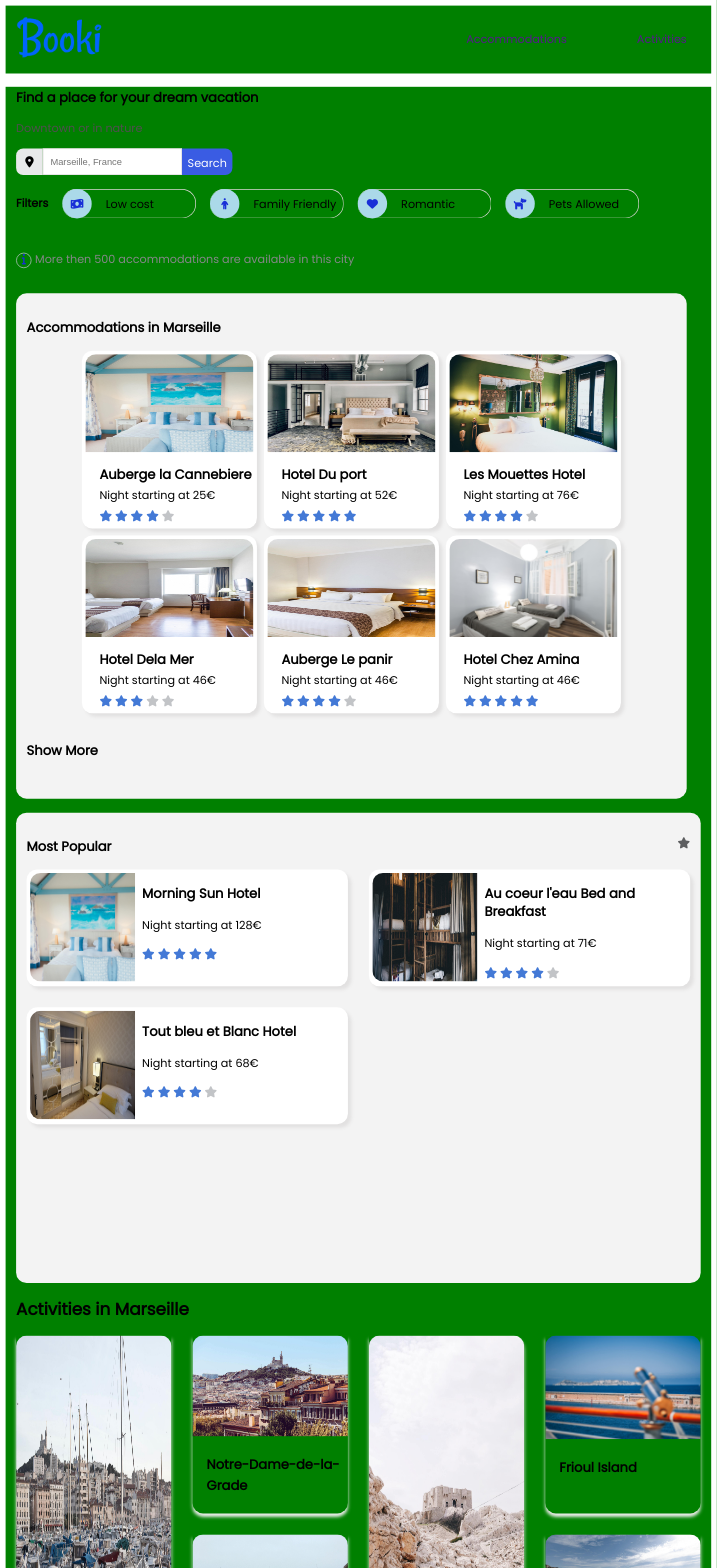
Repository: ailahin/booki
Page: index.html
An editor plug-in stored every save of this project. The page is shown before and after the next save, followed by the edit.
The browser window is 1024 px wide. The pictures show the part of the page from y = 0 to 2240 px (the page is 2764 px tall before and 3028 px after), at 70% of full size.
Some web fonts or font styles are not loaded; a fallback is used. Some web libraries are served in a nearby version.

Above is the page before, as saved 2023-07-19 04:35:20.

After the next save:
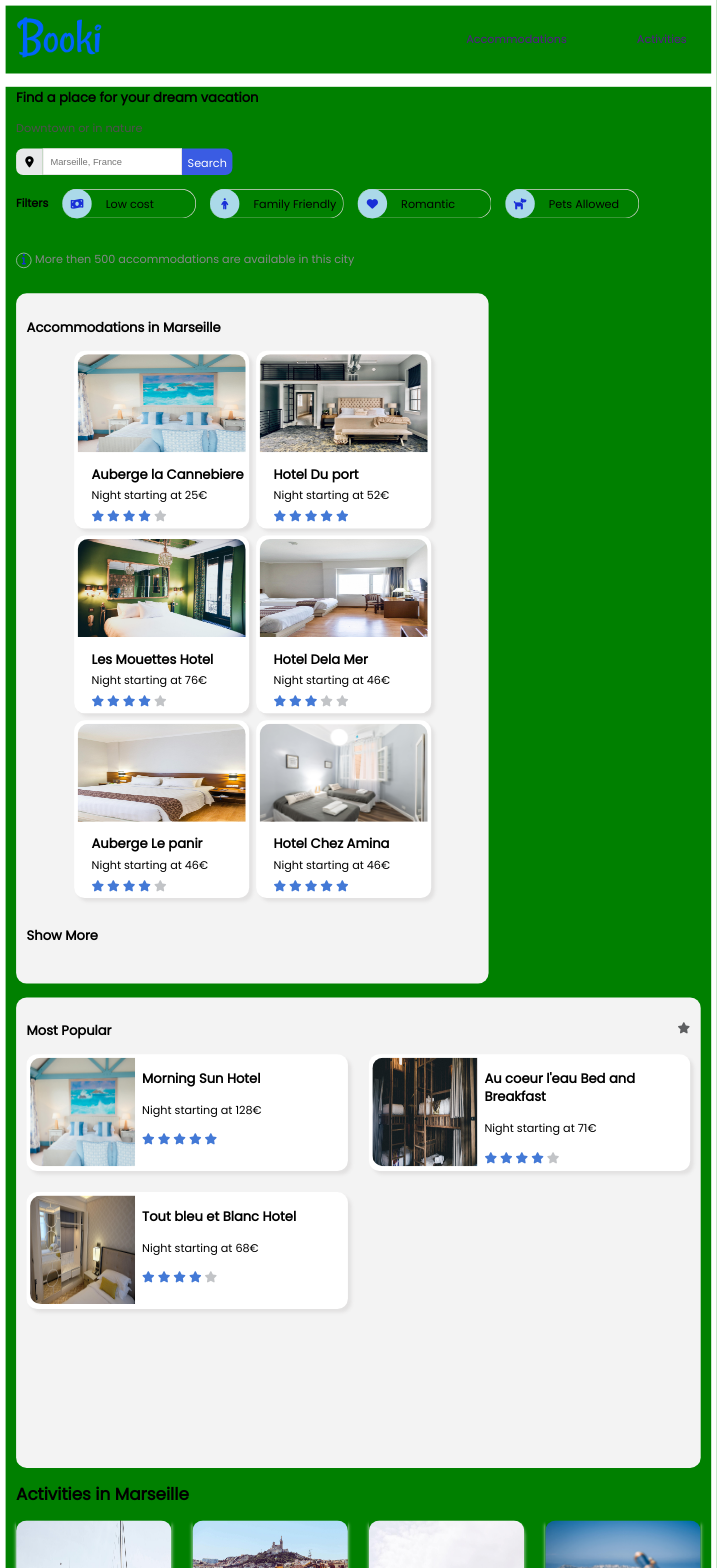
Saved 2 min 44 s later.
--- a/css/index.css
+++ b/css/index.css
@@ -423,9 +423,12 @@ margin-bottom: 5px;
 
     }
     .all-accomodations{
-        width: 100%;
-        align-items: center;
-        justify-content: center;
+        display: flex;
+    flex-wrap: wrap;
+    align-content: center;
+    justify-content: space-between;
+    flex-direction: column;
+}
 
 
     }
